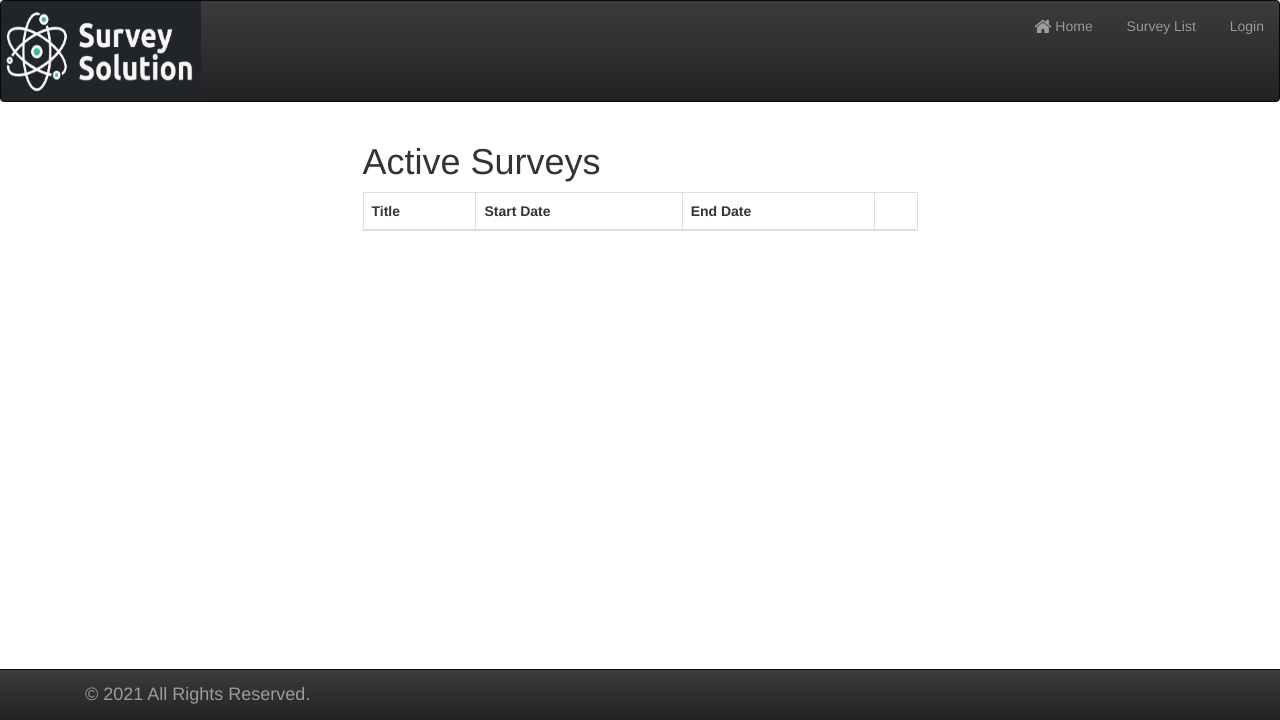
Repository: Ann8002/COMP229-F2021-SB-P
Page: http://localhost/
An editor plug-in stored every save of this project. The page is shown before and after the next save, followed by the edit.
The browser window is 1280 px wide. The pictures show the whole page.
The page is served by the project's Node server (server.js). Other server files are loaded and not shown. Style sheets and scripts are compiled from the project's sources, by tool versions that may differ from the author's. Queries for data that is not in the repository find no rows.

Above is the page before, as saved 2021-11-20 16:48:46.

### Downloads/SEMESTER-3/COMP 229- WEB APP DEVELOPMENT/PROJECT-11-20/SurveySolutionBackup-20-11/server/views/content/index.ejs
<%- include('../partials/header.ejs'); %>

    <!-- MAIN CONTENT -->
    <div class="container">
      <div class="row">
        <div class="col-md-offset-3 col-md-6">
          <h1><%= title %></h1>


        <div class="table-responsive">
            <table class="table table-bordered table-striped table-hover">
              <thead>
                <tr>
                  <th>Title</th>
                  <th>Start Date</th>
                  <th>End Date</th>
                  <th class="text-center"></th>
                </tr>
                </thead>
                <tbody>

                <% for (let count = 0; count < survey.length; count++) { %>
                <tr>
                  <td><%= survey[count].title %></td>
                  <td><%= survey[count].startDate %></td>
                  <td><%= survey[count].endDate %></td>

                  <td class="text-center">
                    <a href="survey/view/<%=survey[count]._id %>" class="btn btn-primary">
                    <i class="fas fa-view-alt"></i>Answer Survey</a>
                  </td>

                  </td>
                </tr>
                <% } %>
              </tbody>
            </table>
          </div>

          </div>


      </div>
    </div>

<%- include('../partials/footer.ejs'); %>

### Downloads/SEMESTER-3/COMP 229- WEB APP DEVELOPMENT/PROJECT-11-20/SurveySolutionBackup-20-11/server/views/partials/header.ejs
<!DOCTYPE html>
<html lang="en">
  <head>
    <meta charset="utf-8">
    <meta name="viewport" content="width=device-width, initial-scale=1">

    <title><%= title %></title>
    <!-- CSS SECTION -->
    <link rel="stylesheet" href="/Scripts/lib/bootstrap/dist/css/bootstrap.min.css">
    <link rel="stylesheet" href="/Scripts/lib/bootstrap/dist/css/bootstrap-theme.min.css">
    <link rel="stylesheet" href="/Scripts/lib/fontawesome/css/font-awesome.min.css">


  </head>
  <body>

  <nav class="navbar navbar-inverse" role="navigation">
    <!-- Brand and toggle get grouped for better mobile display -->
    <div class="navbar-header">
      <button type="button" class="navbar-toggle" data-toggle="collapse" data-target=".navbar-ex1-collapse">
        <span class="sr-only">Toggle navigation</span>
        <span class="icon-bar"></span>
        <span class="icon-bar"></span>
        <span class="icon-bar"></span>
      </button>
      <img src="/Assets/images/customlogo.jpg" width="200" height="100"><!--- fixing photos----->
    </div>

    <!-- Collect the nav links, forms, and other content for toggling -->
    <div class="collapse navbar-collapse navbar-ex1-collapse">
      <ul class="nav navbar-nav navbar-right">
        <% if(title == "Home") { %>
          <li class="active"><a href="/"><i class="fa fa-home fa-lg"></i> Home</a></li>
        <% } else { %>
          <li><a href="/"><i class="fa fa-home fa-lg"></i> Home</a></li>
        <% } %>

          <% if(title == "survey") { %>
          <li class="active"><a href="/survey"><i class="fa fa-survey fa-lg">
          </i> Survey List</a></li>
          <% } else { %>
            <li><a href="/survey"><i class="fa fa-survey fa-lg">
            </i> Survey List</a></li>
          <% } %>

          <% if(title == "login") { %>
          <li class="active"><a href="/login"><i class="fa fa-survey fa-lg">
          </i> Login</a></li>
          <% } else { %>
            <li><a href="/login"><i class="fa fa-survey fa-lg">
            </i> Login</a></li>
          <% } %>

      </ul>
    </div><!-- /.navbar-collapse -->
  </nav>

### Downloads/SEMESTER-3/COMP 229- WEB APP DEVELOPMENT/PROJECT-11-20/SurveySolutionBackup-20-11/server/views/partials/footer.ejs

<nav class="navbar navbar-inverse navbar-fixed-bottom">
  <div class="container">
    <h4  class="navbar-text">&copy; 2021 All Rights Reserved.</h4>
  </div>
</nav>



<!-- JAVASCRIPT SECTION -->
    <script src="/Scripts/lib/jquery/dist/jquery.min.js"></script>
    <script src="/Scripts/lib/bootstrap/dist/js/bootstrap.min.js"></script>
    <script src="/Scripts/app.js"></script>
  </body>
</html>

### Downloads/SEMESTER-3/COMP 229- WEB APP DEVELOPMENT/PROJECT-11-20/SurveySolutionBackup-20-11/server.js
let app = require('./server/config/app');
let debug = require('debug')('comp308-w2019-midterm:server');
let http = require('http');

/**
 * Get port from environment and store in Express.
 */

let port = normalizePort(process.env.PORT || '3000');
app.set('port', port);

/**
 * Create HTTP server.
 */

let server = http.createServer(app);

/**
 * Listen on provided port, on all network interfaces.
 */

server.listen(port);
server.on('error', onError);
server.on('listening', onListening);

/**
 * Normalize a port into a number, string, or false.
 */

function normalizePort(val) {
  let port = parseInt(val, 10);

  if (isNaN(port)) {
    // named pipe
    return val;
  }

  if (port >= 0) {
    // port number
    return port;
  }

  return false;
}

/**
 * Event listener for HTTP server "error" event.
 */

function onError(error) {
  if (error.syscall !== 'listen') {
    throw error;
  }

  let bind = typeof port === 'string'
    ? 'Pipe ' + port
    : 'Port ' + port;

  // handle specific listen errors with friendly messages
  switch (error.code) {
    case 'EACCES':
      console.error(bind + ' requires elevated privileges');
      process.exit(1);
      break;
    case 'EADDRINUSE':
      console.error(bind + ' is already in use');
      process.exit(1);
      break;
    default:
      throw error;
  }
}

/**
 * Event listener for HTTP server "listening" event.
 */

function onListening() {
  let addr = server.address();
  let bind = typeof addr === 'string'
    ? 'pipe ' + addr
    : 'port ' + addr.port;
  debug('Listening on ' + bind);
}

### Downloads/SEMESTER-3/COMP 229- WEB APP DEVELOPMENT/PROJECT-11-20/SurveySolutionBackup-20-11/server/routes/index.js
// Author: Survey Solutions
// Course: COMP 229 Fall 2021
// Subject: PRoject
//


// modules required for routing
let express = require('express');
let router = express.Router();
let mongoose = require('mongoose');

// define the game model
let survey = require('../models/survey');

/* GET home page. wildcard
router.get('/', (req, res, next) => {
  res.render('content/index', {
    title: 'Home',
    survey: 'survey',

   });
});
*/
router.get('/', (req, res, next) => {
  // find all survey in the survey collection
   survey.find( (err, survey) => {
    if (err) {
      return console.error(err);
    }
    else {
      res.render('content/index', {title: 'Active Surveys', survey: survey });
    }
  });

});

/* GET Login page. */
router.get('/login', function(req, res, next) {
  res.render('auth/login', { title: 'Login'});
});

/* POST Login page. */
router.post('/login', function(req, res, next) {
  res.render('auth/login', { title: 'Login'});
});

/* GET display register page */
router.get('/register', function(req, res, next) {
  res.render('auth/register', { title: 'Register'});
});

/* POST process register page */
router.post('/register', function(req, res, next) {
  res.render('auth/register', { title: 'Register'});
});

module.exports = router;

### Downloads/SEMESTER-3/COMP 229- WEB APP DEVELOPMENT/PROJECT-11-20/SurveySolutionBackup-20-11/client/Scripts/app.js
// Author: Survey Solutions
// Course: COMP 229 Fall 2021
// Subject: PRoject
//



/* pagination code from http://www.bootply.com/lxa0FF9yhw */
$.fn.pageMe = function(opts){
    var $this = this,
        defaults = {
            perPage: 7,
            showPrevNext: false,
            hidePageNumbers: false
        },
        settings = $.extend(defaults, opts);

    var listElement = $this;
    var perPage = settings.perPage;
    var children = listElement.children();
    var pager = $('.pager');

    if (typeof settings.childSelector!="undefined") {
        children = listElement.find(settings.childSelector);
    }

    if (typeof settings.pagerSelector!="undefined") {
        pager = $(settings.pagerSelector);
    }

    var numItems = children.size();
    var numPages = Math.ceil(numItems/perPage);

    pager.data("curr",0);

    if (settings.showPrevNext){
        $('<li><a href="#" class="prev_link">«</a></li>').appendTo(pager);
    }

    var curr = 0;
    while(numPages > curr && (settings.hidePageNumbers==false)){
        $('<li><a href="#" class="page_link">'+(curr+1)+'</a></li>').appendTo(pager);
        curr++;
    }

    if (settings.showPrevNext){
        $('<li><a href="#" class="next_link">»</a></li>').appendTo(pager);
    }

    pager.find('.page_link:first').addClass('active');
    pager.find('.prev_link').hide();
    if (numPages<=1) {
        pager.find('.next_link').hide();
    }
  	pager.children().eq(1).addClass("active");

    children.hide();
    children.slice(0, perPage).show();

    pager.find('li .page_link').click(function(){
        var clickedPage = $(this).html().valueOf()-1;
        goTo(clickedPage,perPage);
        return false;
    });
    pager.find('li .prev_link').click(function(){
        previous();
        return false;
    });
    pager.find('li .next_link').click(function(){
        next();
        return false;
    });

    function previous(){
        var goToPage = parseInt(pager.data("curr")) - 1;
        goTo(goToPage);
    }

    function next(){
        goToPage = parseInt(pager.data("curr")) + 1;
        goTo(goToPage);
    }

    function goTo(page){
        var startAt = page * perPage,
            endOn = startAt + perPage;

        children.css('display','none').slice(startAt, endOn).show();

        if (page>=1) {
            pager.find('.prev_link').show();
        }
        else {
            pager.find('.prev_link').hide();
        }

        if (page<(numPages-1)) {
            pager.find('.next_link').show();
        }
        else {
            pager.find('.next_link').hide();
        }

        pager.data("curr",page);
      	pager.children().removeClass("active");
        pager.children().eq(page+1).addClass("active");

    }
};

// IIFE
(function(){
  $(".btn-danger").click(function(event){
    if(!confirm("Are you sure?")) {
      event.preventDefault();
      window.location.assign("/survey");
    }
  });

 /* pagination code */
  $('#myTable').pageMe(
    {pagerSelector:'#myPager',showPrevNext:true,hidePageNumbers:false,perPage:6}
    );
})();

Loaded but not shown: Downloads/SEMESTER-3/COMP 229- WEB APP DEVELOPMENT/PROJECT-11-20/SurveySolutionBackup-20-11/client/Scripts/lib/bootstrap/dist/css/bootstrap.min.css (library); Downloads/SEMESTER-3/COMP 229- WEB APP DEVELOPMENT/PROJECT-11-20/SurveySolutionBackup-20-11/client/Scripts/lib/bootstrap/dist/css/bootstrap-theme.min.css (library); Downloads/SEMESTER-3/COMP 229- WEB APP DEVELOPMENT/PROJECT-11-20/SurveySolutionBackup-20-11/client/Scripts/lib/jquery/dist/jquery.min.js (library); Downloads/SEMESTER-3/COMP 229- WEB APP DEVELOPMENT/PROJECT-11-20/SurveySolutionBackup-20-11/client/Scripts/lib/bootstrap/dist/js/bootstrap.min.js (library); Downloads/SEMESTER-3/COMP 229- WEB APP DEVELOPMENT/PROJECT-11-20/SurveySolutionBackup-20-11/client/Scripts/lib/font-awesome/scss/font-awesome.scss (common file); Downloads/SEMESTER-3/COMP 229- WEB APP DEVELOPMENT/PROJECT-11-20/SurveySolutionBackup-20-11/client/Scripts/lib/font-awesome/scss/_variables.scss (common file); Downloads/SEMESTER-3/COMP 229- WEB APP DEVELOPMENT/PROJECT-11-20/SurveySolutionBackup-20-11/client/Scripts/lib/font-awesome/scss/_mixins.scss (common file); Downloads/SEMESTER-3/COMP 229- WEB APP DEVELOPMENT/PROJECT-11-20/SurveySolutionBackup-20-11/client/Scripts/lib/font-awesome/scss/_path.scss (common file); Downloads/SEMESTER-3/COMP 229- WEB APP DEVELOPMENT/PROJECT-11-20/SurveySolutionBackup-20-11/client/Scripts/lib/font-awesome/scss/_core.scss (common file); Downloads/SEMESTER-3/COMP 229- WEB APP DEVELOPMENT/PROJECT-11-20/SurveySolutionBackup-20-11/client/Scripts/lib/font-awesome/scss/_larger.scss (common file); Downloads/SEMESTER-3/COMP 229- WEB APP DEVELOPMENT/PROJECT-11-20/SurveySolutionBackup-20-11/client/Scripts/lib/font-awesome/scss/_fixed-width.scss (common file); Downloads/SEMESTER-3/COMP 229- WEB APP DEVELOPMENT/PROJECT-11-20/SurveySolutionBackup-20-11/client/Scripts/lib/font-awesome/scss/_list.scss (common file); Downloads/SEMESTER-3/COMP 229- WEB APP DEVELOPMENT/PROJECT-11-20/SurveySolutionBackup-20-11/client/Scripts/lib/font-awesome/scss/_bordered-pulled.scss (common file); Downloads/SEMESTER-3/COMP 229- WEB APP DEVELOPMENT/PROJECT-11-20/SurveySolutionBackup-20-11/client/Scripts/lib/font-awesome/scss/_animated.scss (common file); Downloads/SEMESTER-3/COMP 229- WEB APP DEVELOPMENT/PROJECT-11-20/SurveySolutionBackup-20-11/client/Scripts/lib/font-awesome/scss/_rotated-flipped.scss (common file); Downloads/SEMESTER-3/COMP 229- WEB APP DEVELOPMENT/PROJECT-11-20/SurveySolutionBackup-20-11/client/Scripts/lib/font-awesome/scss/_stacked.scss (common file); Downloads/SEMESTER-3/COMP 229- WEB APP DEVELOPMENT/PROJECT-11-20/SurveySolutionBackup-20-11/client/Scripts/lib/font-awesome/scss/_icons.scss (common file); Downloads/SEMESTER-3/COMP 229- WEB APP DEVELOPMENT/PROJECT-11-20/SurveySolutionBackup-20-11/client/Scripts/lib/font-awesome/scss/_screen-reader.scss (common file)

After the next save:
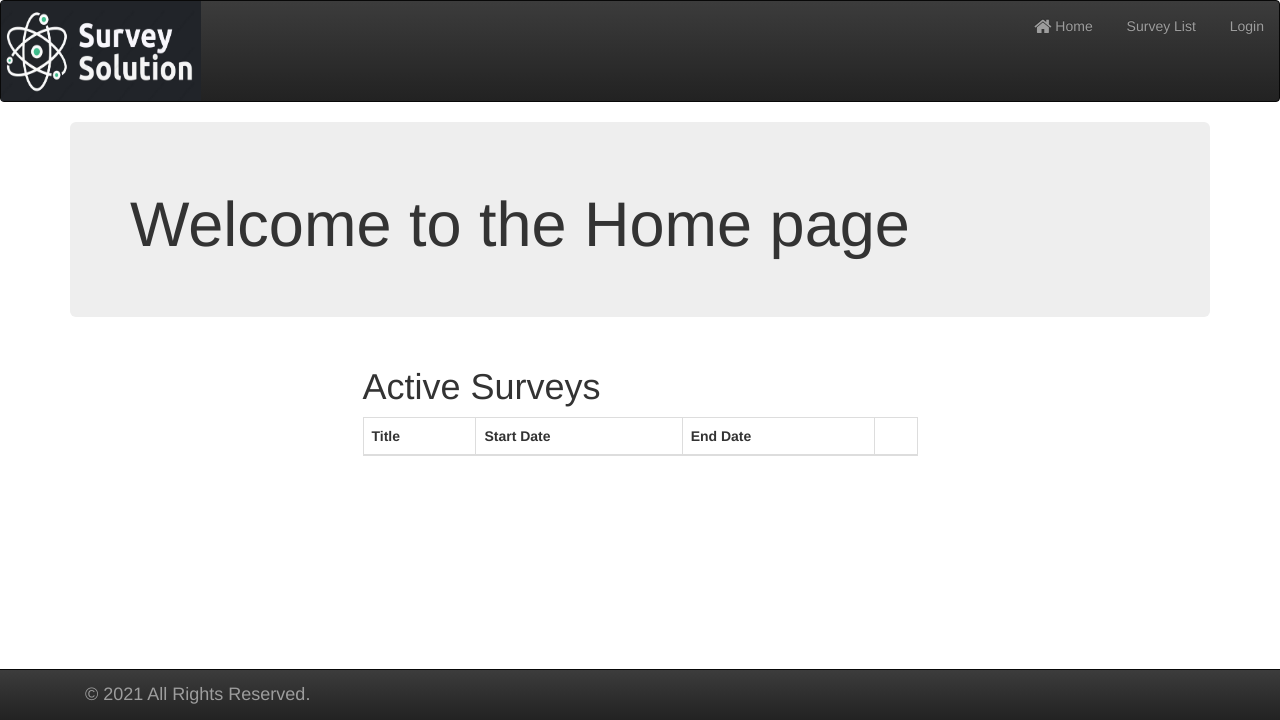
Saved 30 min 51 s later.
--- a/Downloads/SEMESTER-3/COMP 229- WEB APP DEVELOPMENT/PROJECT-11-20/SurveySolutionBackup-20-11/server/views/content/index.ejs
+++ b/Downloads/SEMESTER-3/COMP 229- WEB APP DEVELOPMENT/PROJECT-11-20/SurveySolutionBackup-20-11/server/views/content/index.ejs
@@ -1,6 +1,14 @@
 <%- include('../partials/header.ejs'); %>
 
     <!-- MAIN CONTENT -->
+
+    <main class="container">
+    <div class="jumbotron">
+      <h1 class="display-4">Welcome to the Home page</h1>
+
+    </div>
+  </main>
+
     <div class="container">
       <div class="row">
         <div class="col-md-offset-3 col-md-6">

After the save that followed:
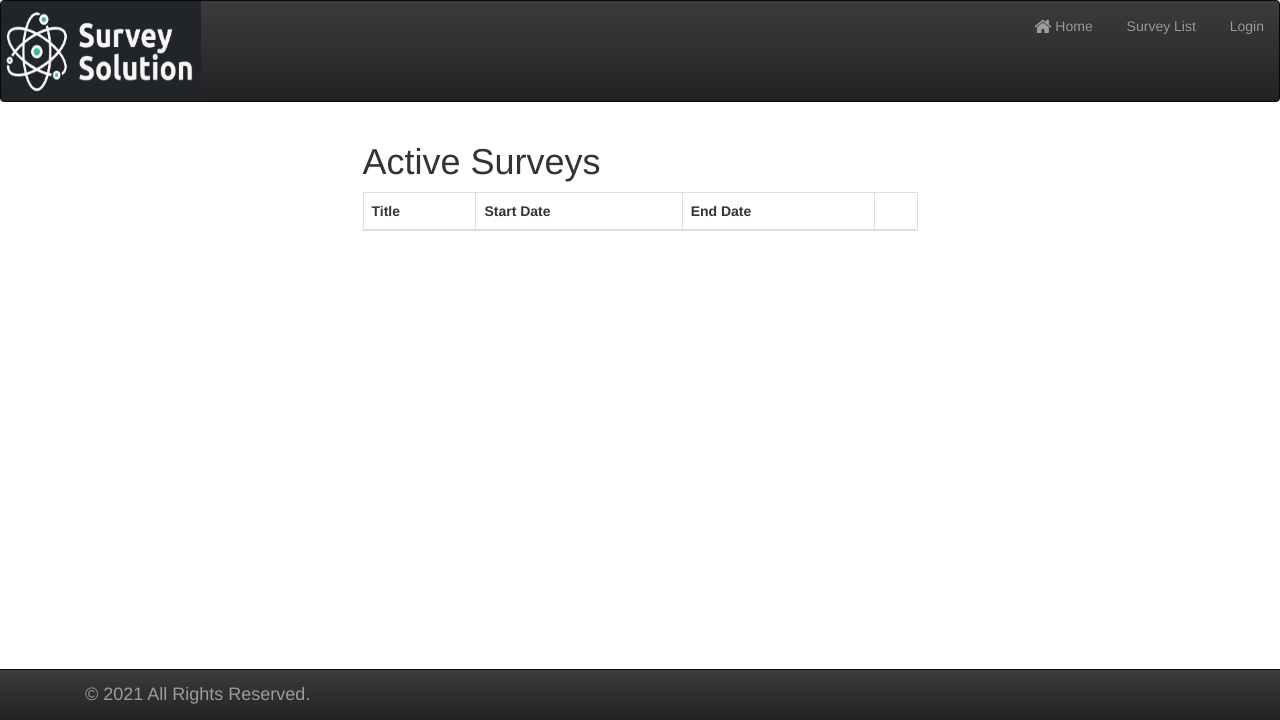
Saved 34 s later.
--- a/Downloads/SEMESTER-3/COMP 229- WEB APP DEVELOPMENT/PROJECT-11-20/SurveySolutionBackup-20-11/server/views/content/index.ejs
+++ b/Downloads/SEMESTER-3/COMP 229- WEB APP DEVELOPMENT/PROJECT-11-20/SurveySolutionBackup-20-11/server/views/content/index.ejs
@@ -2,12 +2,6 @@
 
     <!-- MAIN CONTENT -->
 
-    <main class="container">
-    <div class="jumbotron">
-      <h1 class="display-4">Welcome to the Home page</h1>
-
-    </div>
-  </main>
 
     <div class="container">
       <div class="row">
